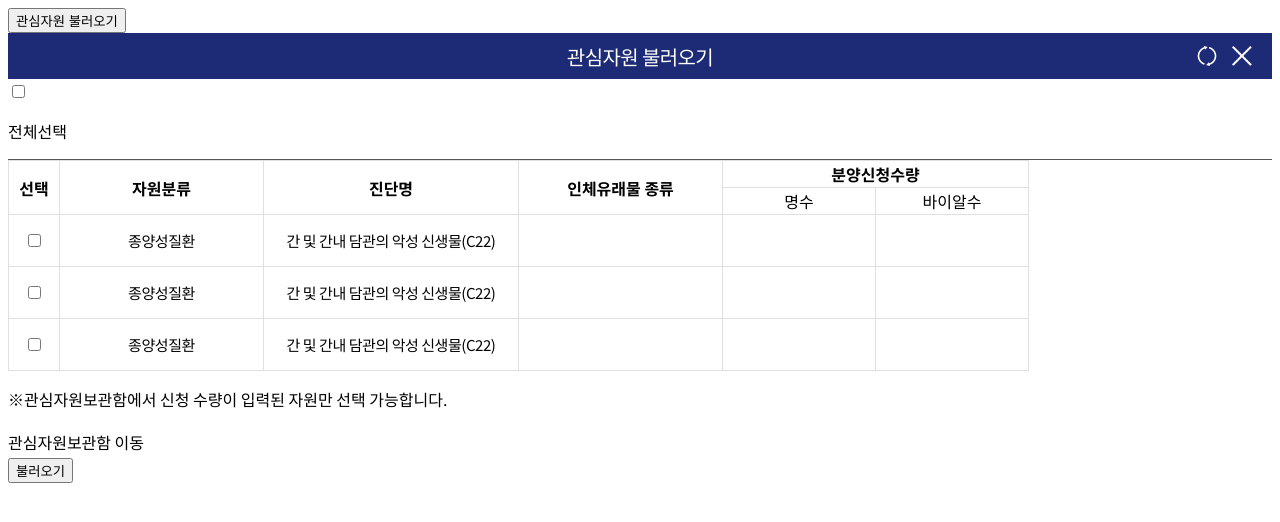
Repository: dlgywls1130/one_popup
Page: index.html
An editor plug-in stored every save of this project. The page is shown before and after the next save, followed by the edit.
The browser window is 1280 px wide. The pictures show the whole page.
Some web fonts or font styles are not loaded; a fallback is used.

Above is the page before, as saved 2023-10-25 22:13:09.

After the next save:
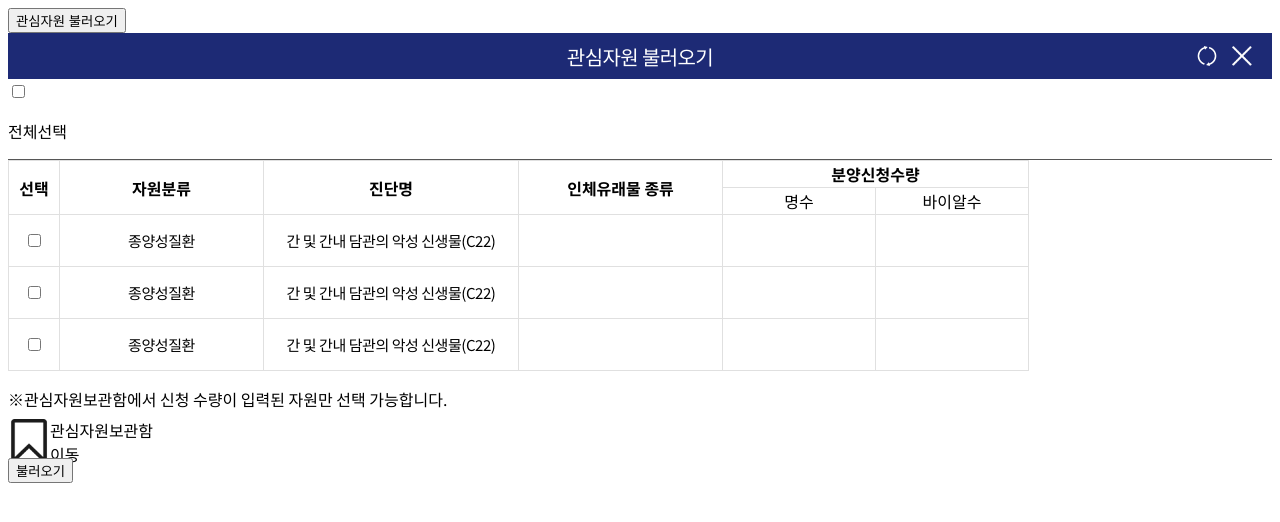
Saved 12 s later.
--- a/index.html
+++ b/index.html
@@ -74,7 +74,7 @@
 
             <p>※관심자원보관함에서 신청 수량이 입력된 자원만 선택 가능합니다.</p>
             <div class="bookmark_link">
-                <div class="bookmark_img"></div>
+                <div class="bookmark_img"><img src="./img/bookmark.png"></div>
                 <p>관심자원보관함 이동</p>
             </div>
 
